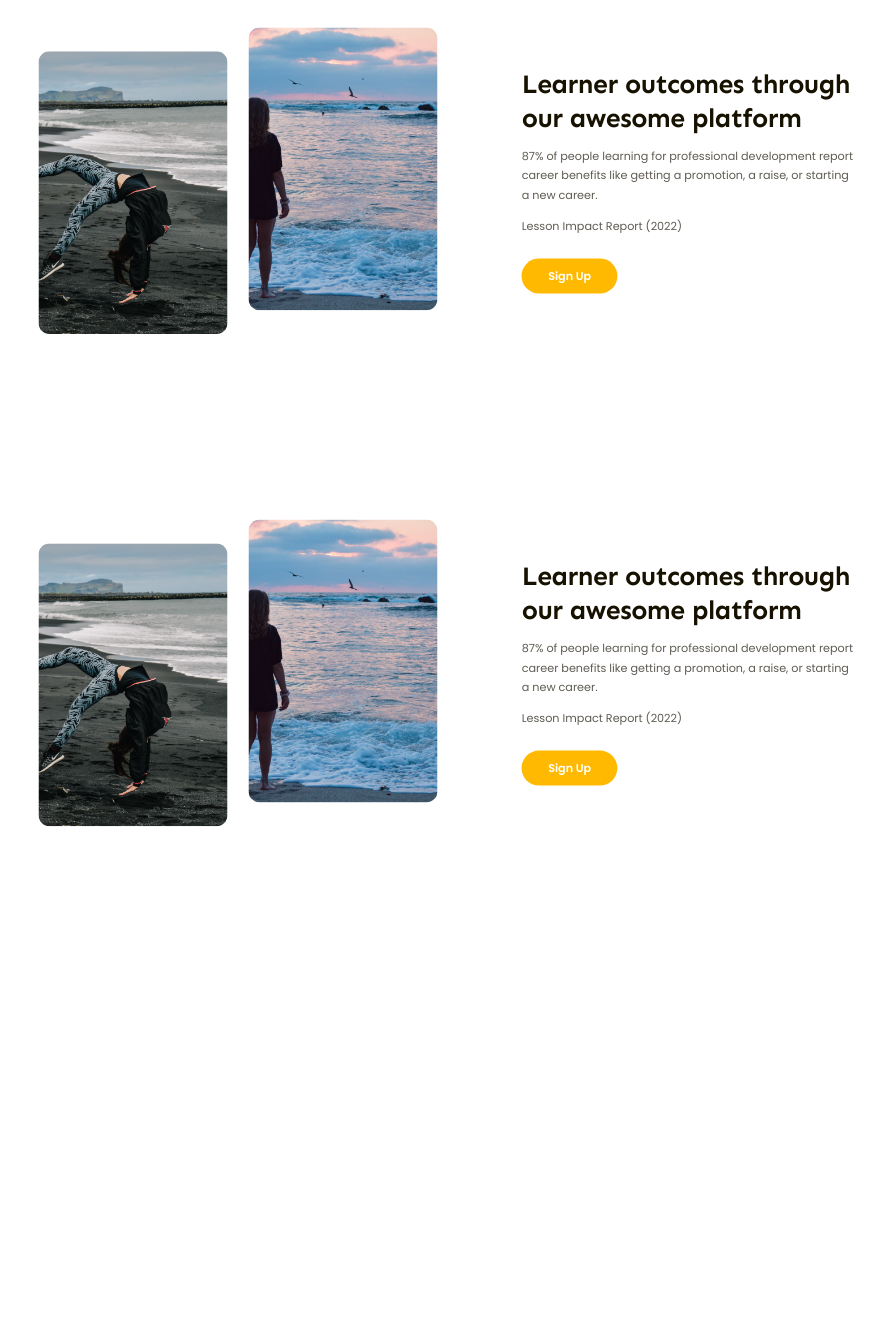
Repository: ynguyen1512/htmlcss-project-02
Page: index.html
The author's editor kept a copy of each file at every save. The page is drawn from the files as they stood at one save, then again after the next save.
The browser window is 1280 px wide. The pictures show the part of the page from y = 2486 to 4406 px (the page is 5000 px tall), at 70% of full size.
A picture or video elsewhere on the page could not be fetched, so the positions and the page height are approximate.

Above is the page before, as saved 2023-03-08 23:33:35.

After the next save:
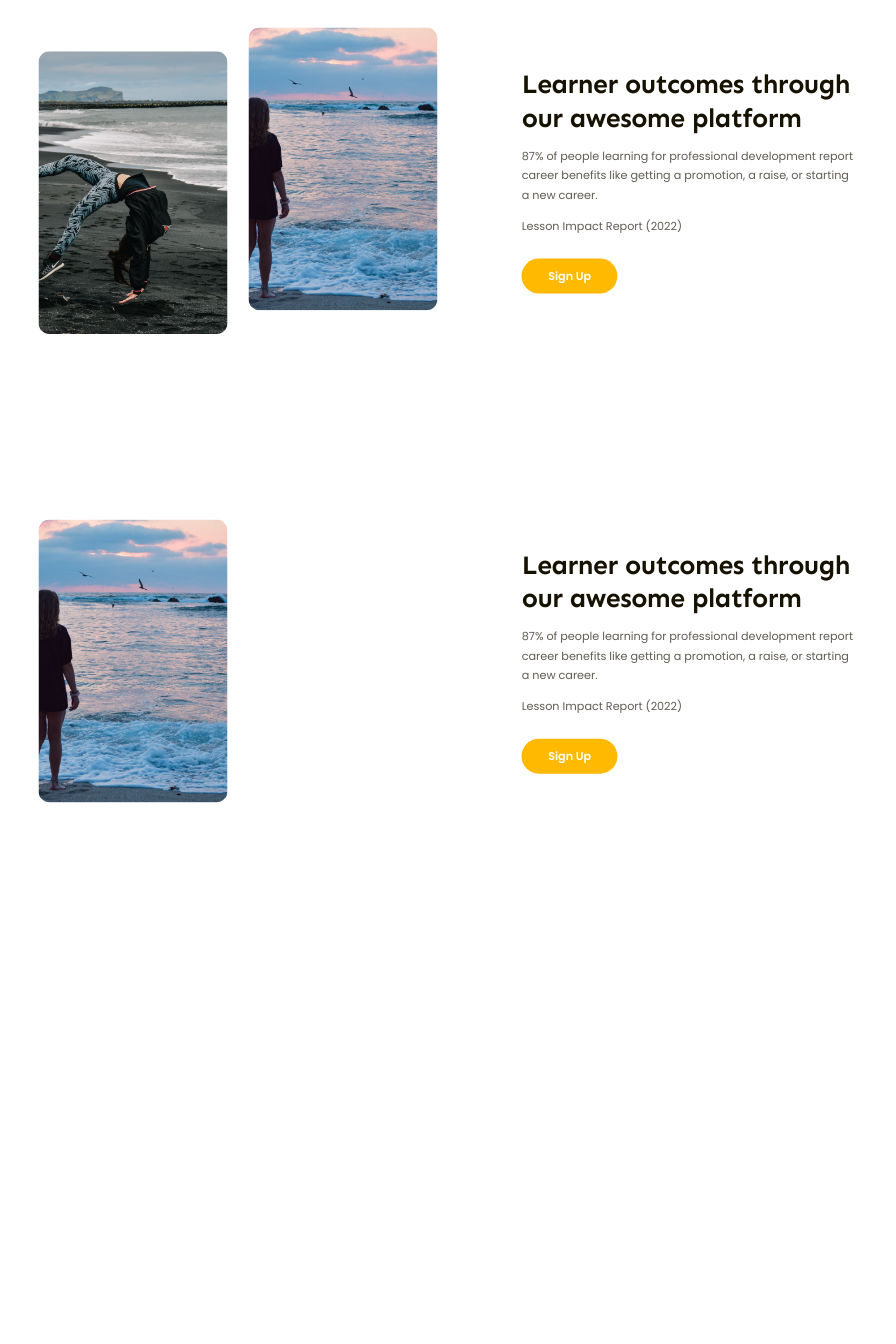
Saved 32 s later.
--- a/index.html
+++ b/index.html
@@ -384,7 +384,6 @@
             <div class="main-content">
                 <div class="body">
                     <div class="images">
-                        <img class="lower" src="./assets/img/feature-1.jpg" alt="Feature-1">
                         <img src="./assets/img/feature-2.jpg" alt="Feature-2">
                     </div>
                     <div class="content">
